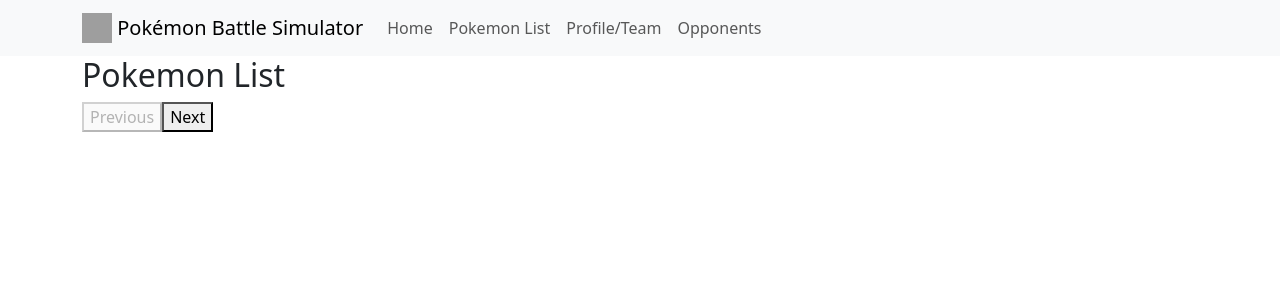
Repository: chsbca/Pokemon-Battle-Simulator
Page: /pokemon_list/ (app in front-end/)
The author's editor kept a copy of each file at every save. The page is drawn from the files as they stood at one save, then again after the next save.
The browser window is 1280 px wide. The pictures show the whole page.
Pictures or frames that could not be fetched are drawn as grey boxes. The page's requests for data from a server got no answer. The project was rebuilt for these pictures with package versions that can differ from the ones it lists, and the page was loaded fresh each time. No one was signed in, and anything a server would have sent is missing. Also part of the build but not shown: front-end/vite.config.js, front-end/src/pages/Error404Page.jsx, front-end/src/pages/HomePage.jsx, front-end/src/pages/ProfilePage.jsx, front-end/src/pages/OpponentsPage.jsx.

Above is the page before, as saved 2024-04-10 11:07:53.

### front-end/index.html
<!doctype html>
<html lang="en">
  <head>
    <meta charset="UTF-8" />
    <link rel="icon" type="image/svg+xml" href="/vite.svg" />
    <meta name="viewport" content="width=device-width, initial-scale=1.0" />
    <title>Pokemon Battle Simulator!</title>
  </head>
  <body>
    <div id="root"></div>
    <script type="module" src="/src/main.jsx"></script>
  </body>
</html>

### front-end/src/main.jsx
import ReactDOM from "react-dom/client"
import { RouterProvider } from "react-router-dom"
import router from "./router"
import "bootstrap/dist/css/bootstrap.min.css";

ReactDOM.createRoot(document.getElementById('root')).render(
    <RouterProvider router={router}/>
    // <div>Hello world!</div>
)

### front-end/src/router.jsx
import { createBrowserRouter } from "react-router-dom";
import App from "./App.jsx"
import Error404Page from "./pages/Error404Page.jsx";
import HomePage from "./pages/HomePage.jsx"
import PokemonListPage from "./pages/PokemonListPage.jsx";
import ProfilePage from "./pages/ProfilePage.jsx";
import OpponentsPage from "./pages/OpponentsPage.jsx";

const router = createBrowserRouter([
    {
        path: "/",
        element: <App/>,
        children: [
            {
                index: true,
                element: <HomePage/>
            },
            {
                path: "/pokemon_list/",
                element: <PokemonListPage/>
            },
            {
                path: "/profile/",
                element: <ProfilePage/>
            },
            {
                path: "/opponents/",
                element: <OpponentsPage/>
            }
        ],
        errorElement: <Error404Page/>
    }
])

export default router;

### front-end/src/App.jsx
import { Outlet } from "react-router-dom"
import NavbarComponent from "./components/Navbar"

export default function App() {
  return (
    <>
      <NavbarComponent/>
      <Outlet/>
    </>
  )
}

### front-end/src/pages/PokemonListPage.jsx
import React, { useEffect, useState } from "react";
import axios from 'axios';
import { fetchPokemon } from "../fetching/PokemonFetch";
import 'bootstrap/dist/css/bootstrap.min.css';
import Spinner from 'react-bootstrap/Spinner';

const PokemonListPage = () => {
    const [pokemonDetails, setPokemonDetails] = useState([]);
    const [isLoading, setIsLoading] = useState(true);
    const [offset, setOffset] = useState(0);
    const limit = 20; // Number of items per page

    console.log(`Current offset outside useEffect: ${offset}`); // Directly log state updates

    useEffect(() => {
        console.log(`Fetching with offset: ${offset}`); // Confirm offset is being updated

        const getPokemonDetails = async (pokemonList) => {
            const promises = pokemonList.map(async (pokemon) => {
                const response = await axios.get(pokemon.url);
                const details = response.data;

                return {
                    name: details.name,
                    pokedexNumber: details.id,
                    sprite: details.sprites.front_default,
                    types: details.types.map(typeInfo => typeInfo.type.name),
                    stats: details.stats.reduce((acc, stat) => {
                        acc[stat.stat.name] = stat.base_stat;
                        return acc;
                    }, {})
                };
            });

            return await Promise.all(promises);
        };

        const getPokemon = async () => {
            setIsLoading(true);
            const data = await fetchPokemon(limit, offset);
            const detailedPokemon = await getPokemonDetails(data.pokemon_list);
            setPokemonDetails(detailedPokemon);
            setIsLoading(false);
        };
        getPokemon();
    }, [offset]); // Dependency array includes offset

    const handleNext = () => {
        console.log(`Next clicked, current offset: ${offset}`); // Debug log
        const newOffset = offset + limit;
        console.log(`New offset should be: ${newOffset}`); // Check the calculation
        setOffset(newOffset); // Directly set new offset for debugging
    };

    const handlePrevious = () => {
        console.log(`Previous clicked, current offset: ${offset}`);
        const newOffset = Math.max(0, offset - limit);
        console.log(`New offset should be: ${newOffset}`);
        setOffset(newOffset);
    };

    if (isLoading) {
        return (
            <>
                <Spinner animation="border" role="status"/>
                <div><h1>Loading Pokemon...</h1></div>
            </>
        );
    }

    return (
        <div className="container">
            <h2>Pokemon List</h2>
            <div className="row">
                {pokemonDetails.map((pokemon, index) => (
                    <div key={index} className="col-sm-6 col-md-4 col-lg-3 mb-4">
                        <div className="card">
                            <img src={pokemon.sprite} className="card-img-top" alt={pokemon.name} />
                            <div className="card-body">
                                <h5 className="card-title">{pokemon.name}</h5>
                                <p className="card-text">PokeDex #{pokemon.pokedexNumber}</p>
                                <p className="card-text">Type/s: {pokemon.types.join(', ')}</p>
                                <p className="card-text">HP: {pokemon.stats.hp}</p>
                                <p className="card-text">Attack: {pokemon.stats.attack}</p>
                                <p className="card-text">Defense: {pokemon.stats.defense}</p>
                                <p className="card-text">Special Attack: {pokemon.stats["special-attack"]}</p>
                                <p className="card-text">Special Defense: {pokemon.stats["special-defense"]}</p>
                                <p className="card-text">Speed: {pokemon.stats.speed}</p>
                            </div>
                        </div>
                    </div>
                ))}
            </div>
            <div className="pagination-controls">
                <button onClick={handlePrevious} disabled={offset === 0}>Previous</button>
                <button onClick={handleNext}>Next</button>
            </div>
        </div>
    );
}

export default PokemonListPage;

### front-end/src/components/Navbar.jsx
// import { useState } from "react";
// import { useNavigate, Link } from "react-router-dom"
import { Container, Navbar, Nav } from 'react-bootstrap'
import { Link, Outlet } from "react-router-dom";
// import pokeballIcon from 'pokeball_icon.svg.png';


export default function NavbarComponent() {
    return (
        <>
        <Navbar expand="lg" className='bg-body-tertiary'>
          <Container>
            <Navbar.Brand as={Link} to="/">
              <img
                alt=""
                src="/pokeball_icon.svg.png"
                width="30"
                height="30"
                className='d-inline-block align-top'
                />{' '}
              Pokémon Battle Simulator
              </Navbar.Brand>
            <Navbar.Toggle aria-controls='basic-navbar-nav'/>
            <Navbar.Collapse id='basic-navbar-nav'>
              <Nav className="me-auto">
                <Nav.Link as={Link} to="/">Home</Nav.Link>
                <Nav.Link as={Link} to="pokemon_list/">Pokemon List</Nav.Link>
                <Nav.Link as={Link} to="profile/">Profile/Team</Nav.Link>
                <Nav.Link as={Link} to="opponents/">Opponents</Nav.Link>
              </Nav>
            </Navbar.Collapse>
          </Container>
        </Navbar>
        </>
      );
}

### front-end/src/fetching/PokemonFetch.jsx
import axios from 'axios'

export const fetchPokemon = async (limit = 20, offset = 0) => {
    try {
        const url = `https://pokeapi.co/api/v2/pokemon?limit=${limit}&offset=${offset}`;
        const response = await axios.get(url);
        return {
            pokemon_list: response.data.results,
            nextPage: response.data.next,
            previousPage: response.data.previous,
        };
    } catch (error) {
        console.error("error fetching pokemon:", error);
        return {
            pokemon_list: [],
            nextPage: null,
            previousPage: null,
        };
    }
};

After the next save:
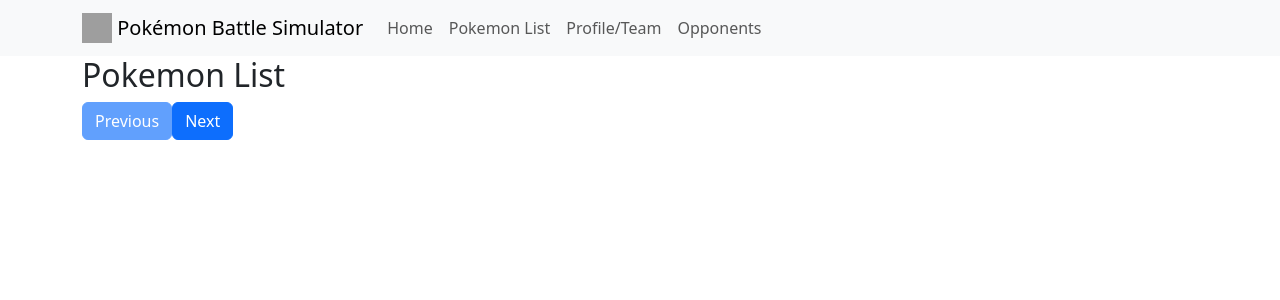
Saved 47 s later.
--- a/front-end/src/pages/PokemonListPage.jsx
+++ b/front-end/src/pages/PokemonListPage.jsx
@@ -92,8 +92,8 @@
                 ))}
             </div>
             <div className="pagination-controls">
-                <button onClick={handlePrevious} disabled={offset === 0}>Previous</button>
-                <button onClick={handleNext}>Next</button>
+                <button onClick={handlePrevious} disabled={offset === 0} className="btn btn-primary">Previous</button>
+                <button onClick={handleNext} className="btn btn-primary">Next</button>
             </div>
         </div>
     );
